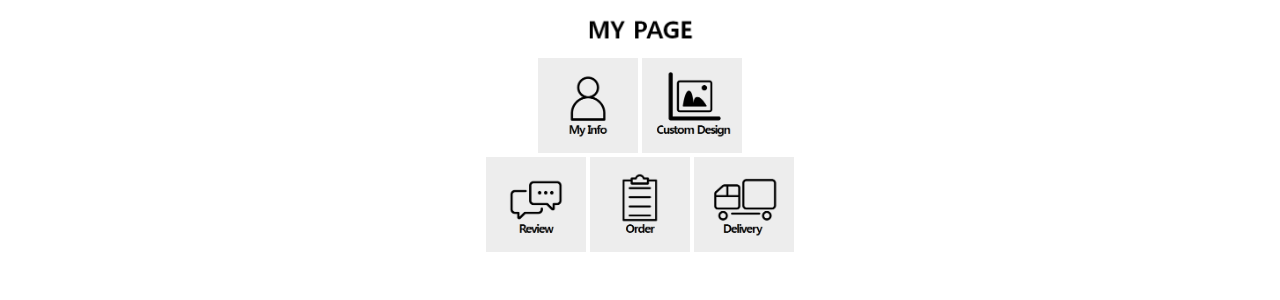
Repository: sjeong12/Photos
Page: http://localhost/LSJ_PHOTO/myPage.jsp
An editor plug-in stored every save of this project. The page is shown before and after the next save, followed by the edit.
The browser window is 1280 px wide. The pictures show the whole page.
The page is served by Tomcat 9.

Above is the page before, as saved 2016-12-10 04:11:04.

After the next save:
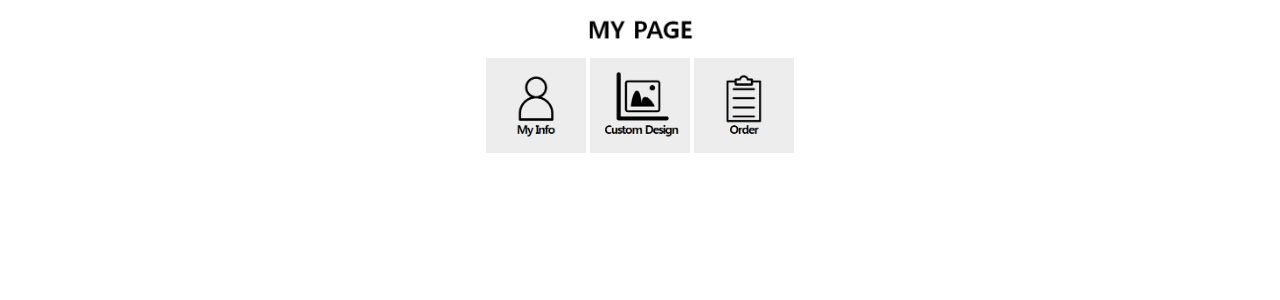
Saved 89 s later.
--- a/LSJ_PHOTO/WebContent/myPage.jsp
+++ b/LSJ_PHOTO/WebContent/myPage.jsp
@@ -11,15 +11,9 @@
 		<img src="homepageImage/MyPage/myInfo.png" width="100"/></a>
 		<a href="/LSJ_PHOTO/home.jsp?page=/CustomDesign/customDesign&puserid=<%= userid %>">
 		<img src="homepageImage/MyPage/customDesign.png" width="100"/></a>
+		<a href="/LSJ_PHOTO/home.jsp?page=/Order/orderList">
+		<img src="homepageImage/MyPage/order.png" width="100"/></a>
 
-		<br/>
-
-		<a href="/LSJ_PHOTO/home.jsp?page=/boardD/boardDlist">
-		<img src="homepageImage/MyPage/review.png" width="100"/></a>
-		<a href="/LSJ_PHOTO/home.jsp?page=/ch09/member_update&puserid=<%= userid %>">
-		<img src="homepageImage/MyPage/order.png" width="100"/></a>
-		<a href="/LSJ_PHOTO/home.jsp?page=/ch09/member_update&puserid=<%= userid %>">
-		<img src="homepageImage/MyPage/delivery.png" width="100"/></a>
 </div>
 </BODY>
 </HTML>
